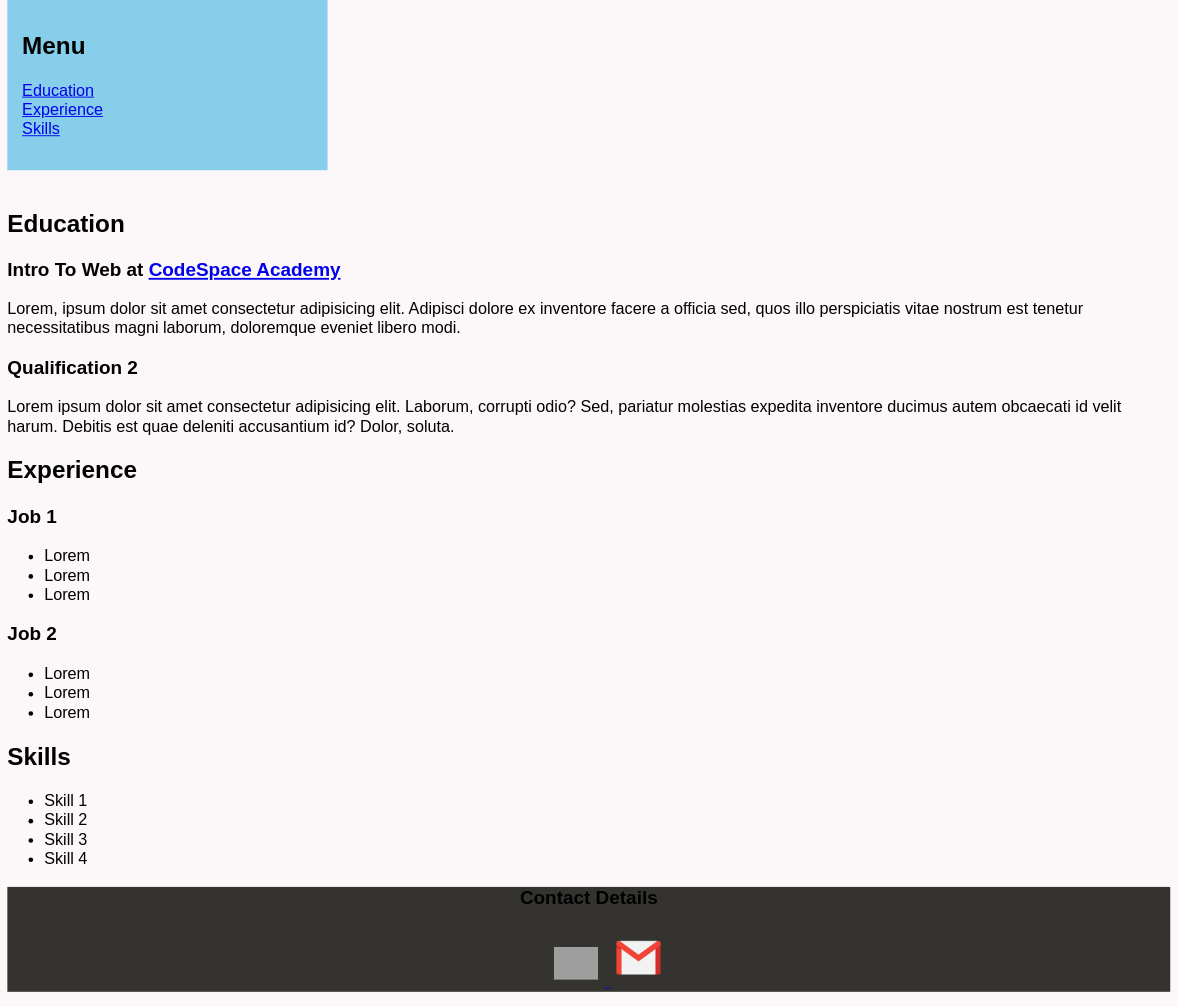
Repository: TristanKMorris/introToWebDesignAssignment
Page: resume1.html
These files come from the project's save history. The page is drawn as it stood at one moment and after the next save; the edit follows.
The browser window is 1280 px wide. The pictures show the part of the page from y = 337 to 1432 px (the page is 1432 px tall before and 1411 px after), at 92% of full size.
Pictures or frames that could not be fetched are drawn as grey boxes. A picture or video elsewhere on the page could not be fetched, so the positions and the page height are approximate.

Above is the page before, as saved 2022-06-02 18:46:37.

After the next save:
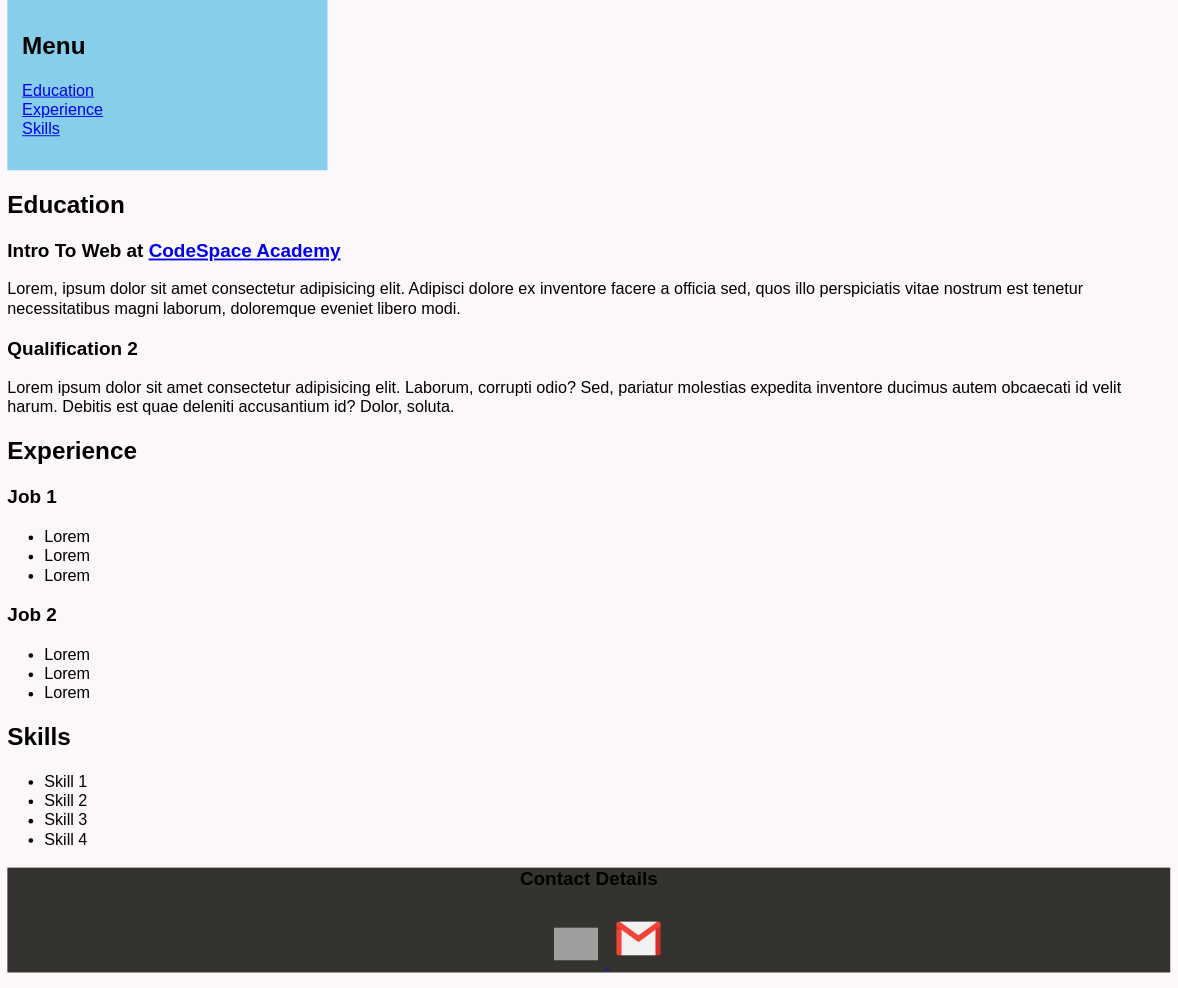
Saved 31 min 29 s later.
--- a/resume1.html
+++ b/resume1.html
@@ -32,10 +32,9 @@
     </ul>
   </nav>
 
-</div>
+  </div>
 
-
-    <br/>
+  <div>
 
     <h2 id="education">Education</h2>
     <h3>
@@ -52,7 +51,7 @@
       odio? Sed, pariatur molestias expedita inventore ducimus autem obcaecati
       id velit harum. Debitis est quae deleniti accusantium id? Dolor, soluta.
     </p>
-  <h2 id="experience">Experience</h2>
+    <h2 id="experience">Experience</h2>
     <h3>Job 1</h3>
     <ul>
       <li>Lorem</li>
@@ -73,7 +72,8 @@
       <li>Skill 4</li>
     </ul>
 
-  </main>
+    </div>
+</main>
 
 <footer>
 
